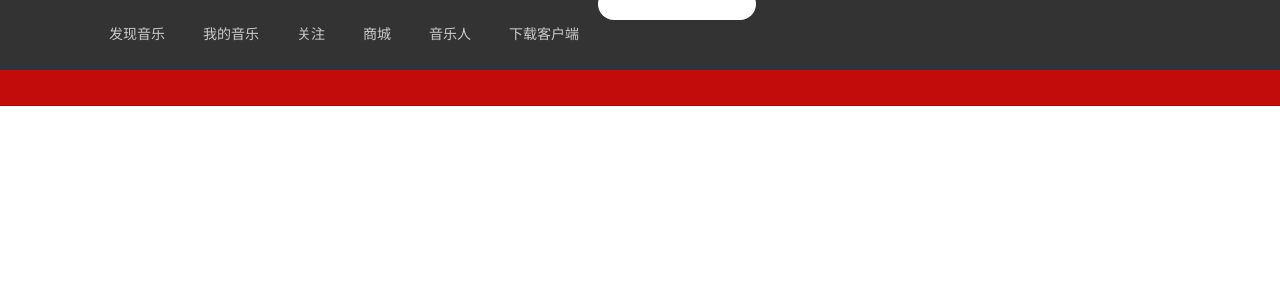
Repository: xtcgjk/-
Page: /
The author's editor kept a copy of each file at every save. The page is drawn from the files as they stood at one save, then again after the next save.
The browser window is 1280 px wide. The pictures show the whole page.
The project was rebuilt for these pictures with package versions that can differ from the ones it lists, and the page was loaded fresh each time.

Above is the page before, as saved 2022-02-23 16:25:20.

After the next save:
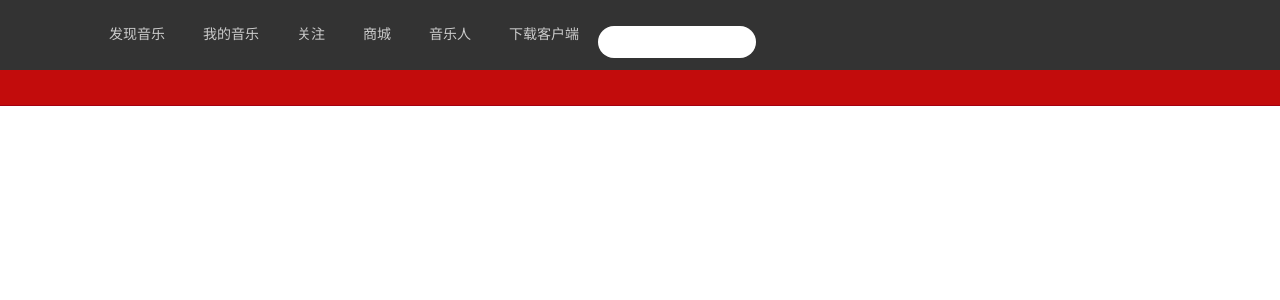
Saved 7 s later.
--- a/src/components/header/index.vue
+++ b/src/components/header/index.vue
@@ -47,6 +47,6 @@ a {
   border-radius: 32px;
   display: inline-block;
   position: relative;
-  top: -19px;
+  top: 19px;
 }
 </style>
